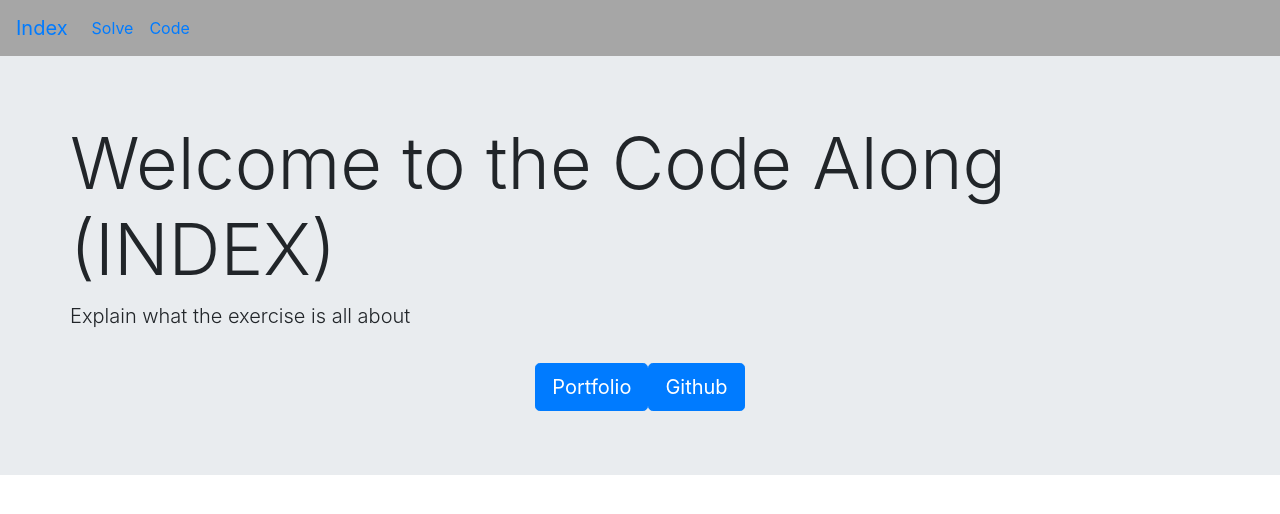
Repository: zhadjah9559/TacocatGrammar
Page: index.html
The author's editor kept a copy of each file at every save. The page is drawn from the files as they stood at one save, then again after a run of saves.
The browser window is 1280 px wide. The pictures show the whole page.

Above is the page before, as saved 2021-01-12 01:20:52.

After the next 5 saves:
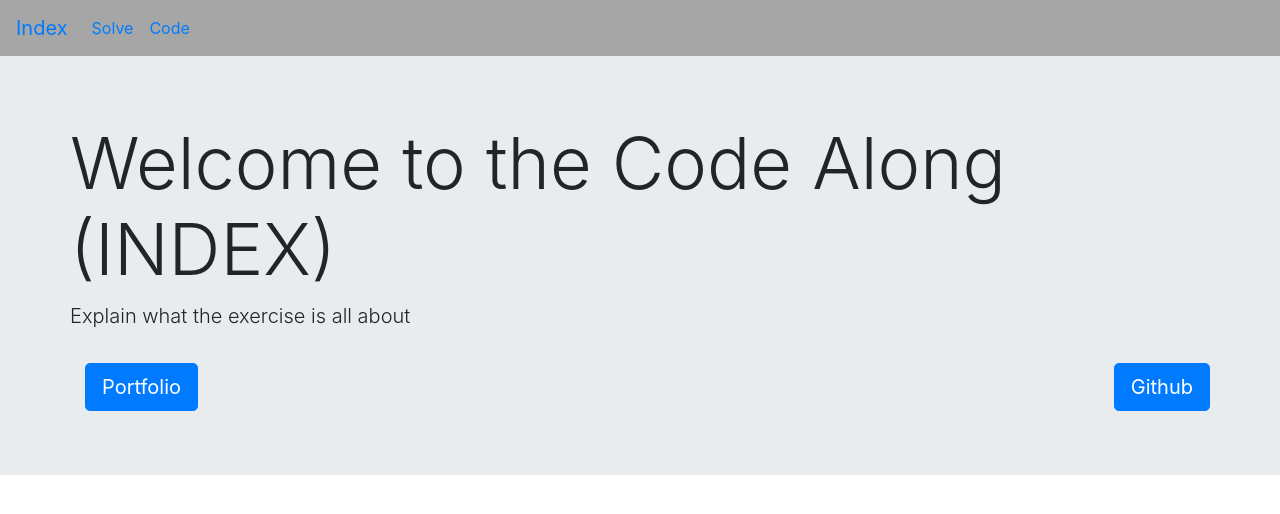
The 5 saves are shown as one change because they came seconds apart.
The last was saved 18 s later.
--- a/index.html
+++ b/index.html
@@ -37,7 +37,9 @@
             </div>
 
             <div class="row justify-content-center mt-3">
-                <a class="btn btn-primary btn-lg" target="_blank" href="https://zacharyhadjah.netlify.app/" role="button">Portfolio</a>
+                <div class="col">
+                    <a class="btn btn-primary btn-lg" target="_blank" href="https://zacharyhadjah.netlify.app/" role="button">Portfolio</a>
+                </div>
                 <a class="btn btn-primary btn-lg" target="_blank" href="https://github.com/zhadjah9559" role="button">Github</a>
             </div>
         </div>
